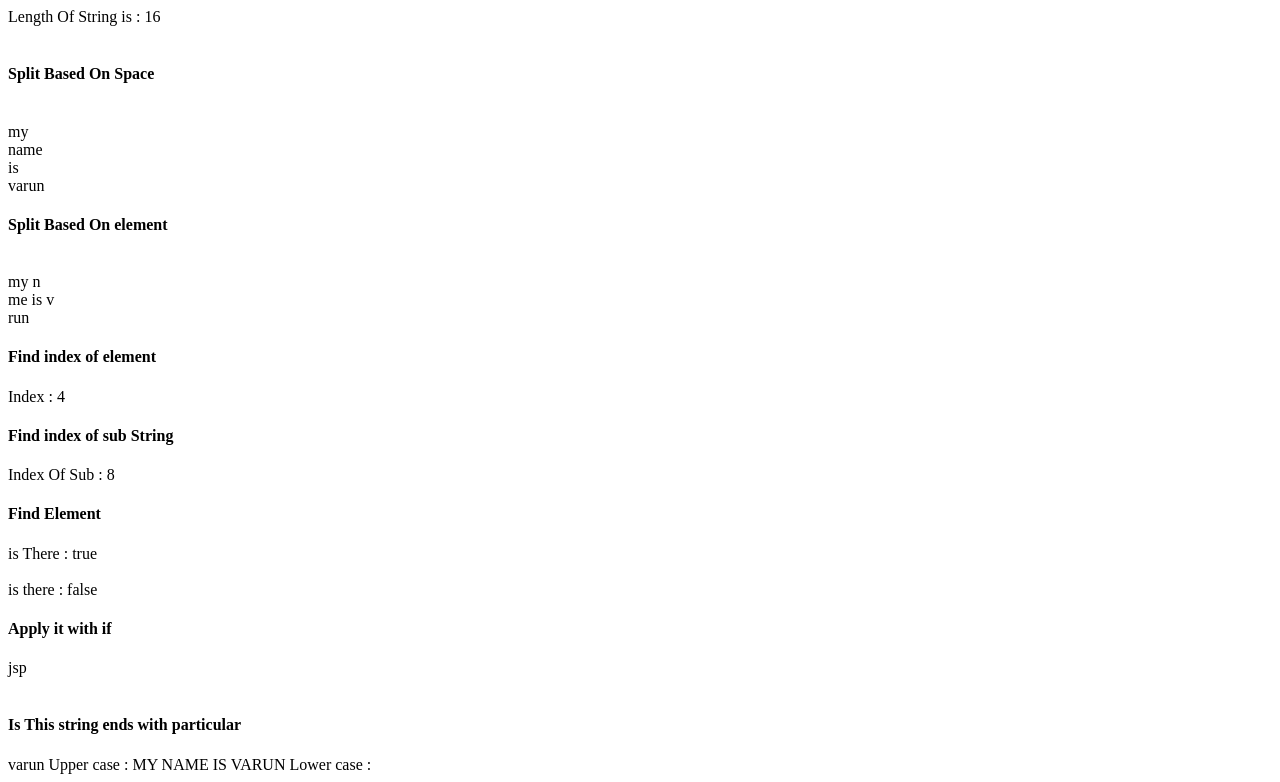
Repository: Kvarun0/JSP_JSTL_SERVLET
Page: http://localhost/C_Jsp_With_Jstl_Basic/jsp_jstl_function.jsp
The author's editor kept a copy of each file at every save. The page is drawn from the files as they stood at one save, then again after the next save.
The browser window is 1280 px wide. The pictures show the whole page.
The page is served by Tomcat 9. Other server files are loaded and not shown.

Above is the page before, as saved 2023-02-03 16:44:13.

### C_Jsp_With_Jstl_Basic/WebContent/jsp_jstl_function.jsp
<%@ page language="java" contentType="text/html; charset=ISO-8859-1"
    pageEncoding="ISO-8859-1"%>

<%@ taglib prefix="c" uri="http://java.sun.com/jsp/jstl/core" %>
<%@ taglib prefix="fn" uri="http://java.sun.com/jsp/jstl/functions" %>

<!DOCTYPE html PUBLIC "-//W3C//DTD HTML 4.01 Transitional//EN" "http://www.w3.org/TR/html4/loose.dtd">
<html>
<head>
<meta http-equiv="Content-Type" content="text/html; charset=ISO-8859-1">
<title>Insert title here</title>
</head>
<body>

	<c:set var="st" value="my name is varun" />


	<!-- For Finding Length -->
	Length Of String is : ${fn:length(st)}
	<br>

	<br/>
	<!-- For Split String -->
	<h4>Split Based On Space</h4>
	<c:forEach items="${fn:split(st,' ')}" var="spl">
		<br>
		${spl}
	</c:forEach>

	<br/>
	<h4>Split Based On element</h4>
	<c:forEach items="${fn:split(st,'a')}" var="splita">
		<br>
		${splita }
	</c:forEach>


	<!-- For Finding Index -->
	<h4>Find index of element</h4>
	Index : ${fn:indexOf(st,"a")}

	<h4>Find index of sub String</h4>
	Index Of Sub : ${fn:indexOf(st,"is")}


	<br/>
	<!-- For Checking element is thare in string or not -->
	<h4>Find Element </h4>
	is There : ${fn:contains(st,"is")}
	<br/>
	<br/>
	is there : ${fn:contains(st,"king") }

	<h4> Apply it with if  </h4>
	<c:set value="jsp" var="comp" />
	<c:if test="${fn:contains(st,$comp)}">
		${comp }
	</c:if>


	<br/>
	<br/>
	<!-- For Checking String is ends with  -->
	<h4>Is This string ends with particular</h4>
	<c:if test="${fn:endsWith(st,'varun')}">
		varun
	</c:if>


	<!-- Upper And Lower Case -->
	Upper case : ${fn:toUpperCase(st) }
	Lower case :
	</body>
</html>

After the next save:
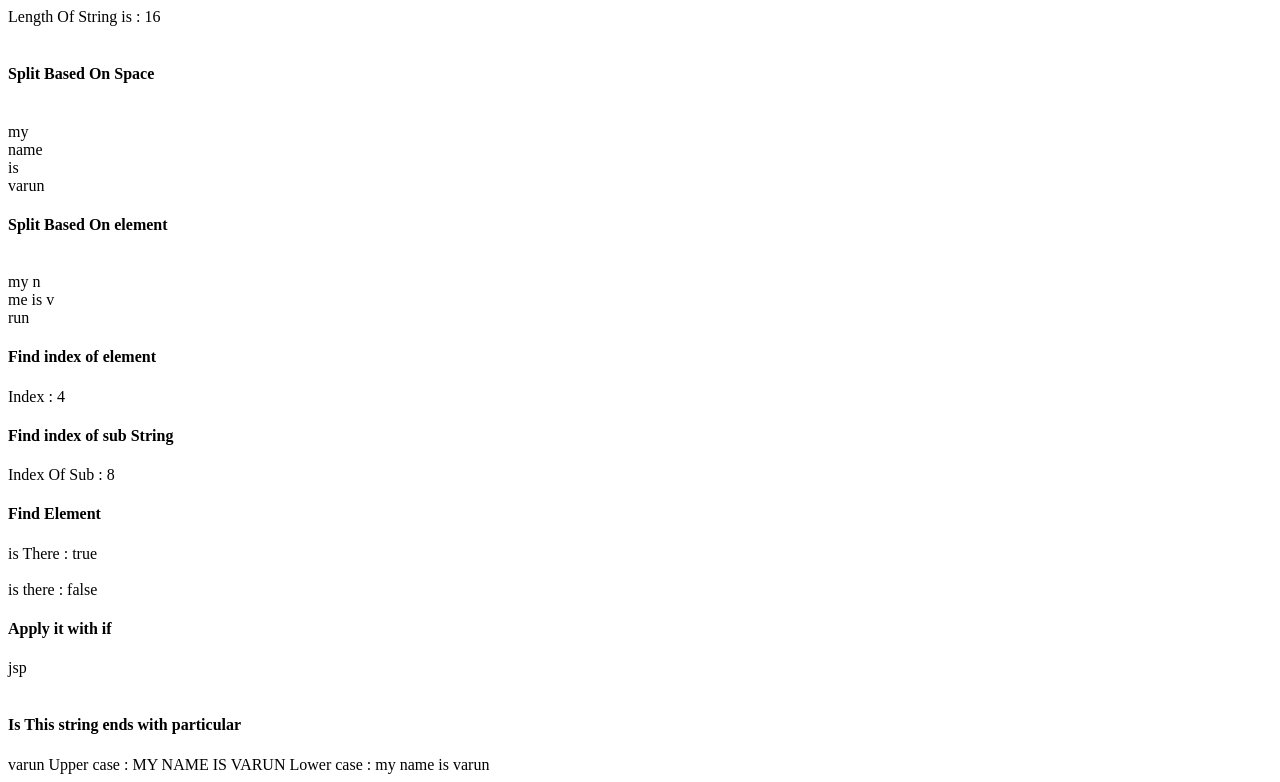
Saved 15 s later.
--- a/C_Jsp_With_Jstl_Basic/WebContent/jsp_jstl_function.jsp
+++ b/C_Jsp_With_Jstl_Basic/WebContent/jsp_jstl_function.jsp
@@ -69,6 +69,6 @@
 
 	<!-- Upper And Lower Case -->
 	Upper case : ${fn:toUpperCase(st) }
-	Lower case :
+	Lower case : ${fn:toLowerCase(st) }
 	</body>
 </html>
